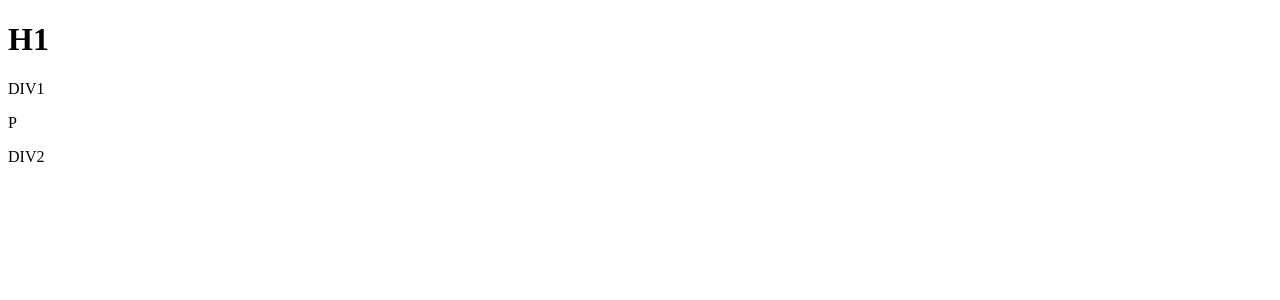
Repository: Chaimaa482/web-tp4
Page: ex1.html
These files come from the project's save history. The page is drawn as it stood at one moment and after the next save; the edit follows.
The browser window is 1280 px wide. The pictures show the whole page.

Above is the page before, as saved 2023-10-22 15:29:14.
Console error: SyntaxError: Unexpected token ')'

### ex1.html
<!DOCTYPE html>
<html lang="en">
<head>
    <meta charset="UTF-8">
    <meta name="viewport" content="width=device-width, initial-scale=1.0">
    <title>HTML Table with Merged Cells</title>
</head>
<body>
    <h1>H1</h1>
    <div>DIV1</div>
    <p>P</p>
    <div>DIV2</div>
    <script>
        var e1=document.getElementsByTagName('div')
        for(i=1, e1.length, i++)
        alert(e1[i].innerText);
    </script>
</body>
</html>

After the next save:
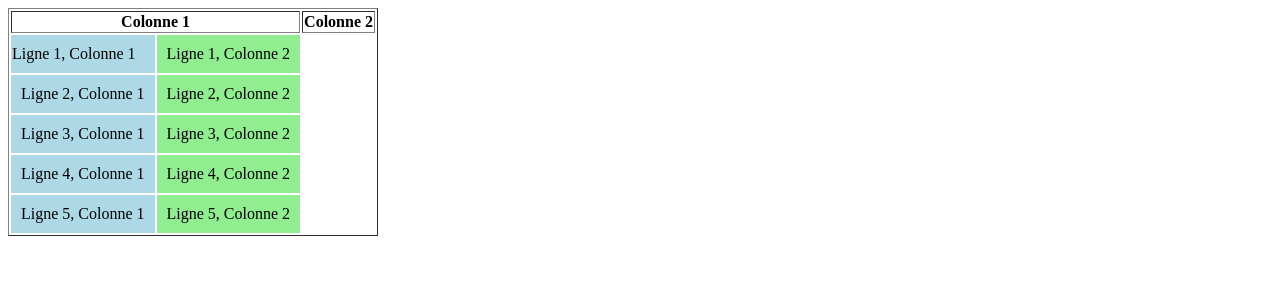
The error is gone.
Saved 2 min 11 s later.
--- a/ex1.html
+++ b/ex1.html
@@ -1,19 +1,80 @@
 <!DOCTYPE html>
-<html lang="en">
+<html>
 <head>
-    <meta charset="UTF-8">
-    <meta name="viewport" content="width=device-width, initial-scale=1.0">
-    <title>HTML Table with Merged Cells</title>
+    <style>
+        .col1 {
+            background-color: lightblue;
+        }
+        .col2 {
+            background-color: lightgreen;
+        }
+    </style>
 </head>
 <body>
-    <h1>H1</h1>
-    <div>DIV1</div>
-    <p>P</p>
-    <div>DIV2</div>
+    <table id="myTable" border="1">
+        <tr>
+            <th>Colonne 1</th>
+            <th>Colonne 2</th>
+        </tr>
+        <tr>
+            <td>Ligne 1, Colonne 1</td>
+            <td>Ligne 1, Colonne 2</td>
+        </tr>
+        <tr>
+            <td>Ligne 2, Colonne 1</td>
+            <td>Ligne 2, Colonne 2</td>
+        </tr>
+        <tr>
+            <td>Ligne 3, Colonne 1</td>
+            <td>Ligne 3, Colonne 2</td>
+        </tr>
+        <tr>
+            <td>Ligne 4, Colonne 1</td>
+            <td>Ligne 4, Colonne 2</td>
+        </tr>
+        <tr>
+            <td>Ligne 5, Colonne 1</td>
+            <td>Ligne 5, Colonne 2</td>
+        </tr>
+    </table>
+
     <script>
-        var e1=document.getElementsByTagName('div')
-        for(i=1, e1.length, i++)
-        alert(e1[i].innerText);
+        // Enlever la bordure intérieure du tableau
+        var table = document.getElementById("myTable");
+        var cells = table.getElementsByTagName("td");
+        for (var i = 0; i < cells.length; i++) {
+            cells[i].style.border = "none";
+        }
+
+        // Fusionner les cellules de la première ligne
+        var th = table.querySelector("tr:first-child th");
+        th.colSpan = 2;
+
+        // Donner une couleur de fond rose aux lignes paires et beige aux lignes impaires
+        var rows = table.querySelectorAll("tr");
+        for (var i = 1; i < rows.length; i++) {
+            if (i % 2 === 0) {
+                rows[i].style.backgroundColor = "pink";
+            } else {
+                rows[i].style.backgroundColor = "beige";
+            }
+        }
+
+        // Donner une classe col1 aux colonnes paires et col2 aux colonnes impaires
+        var cellsCol1 = table.getElementsByClassName("col1");
+        var cellsCol2 = table.getElementsByClassName("col2");
+        for (var i = 0; i < cells.length; i++) {
+            if (i % 2 === 0) {
+                cells[i].className = "col1";
+            } else {
+                cells[i].className = "col2";
+            }
+        }
+
+        // Augmenter le padding de toutes les cellules sauf celles de la première ligne
+        for (var i = 1; i < cells.length; i++) {
+            cells[i].style.padding = "10px";
+        }
     </script>
 </body>
 </html>
